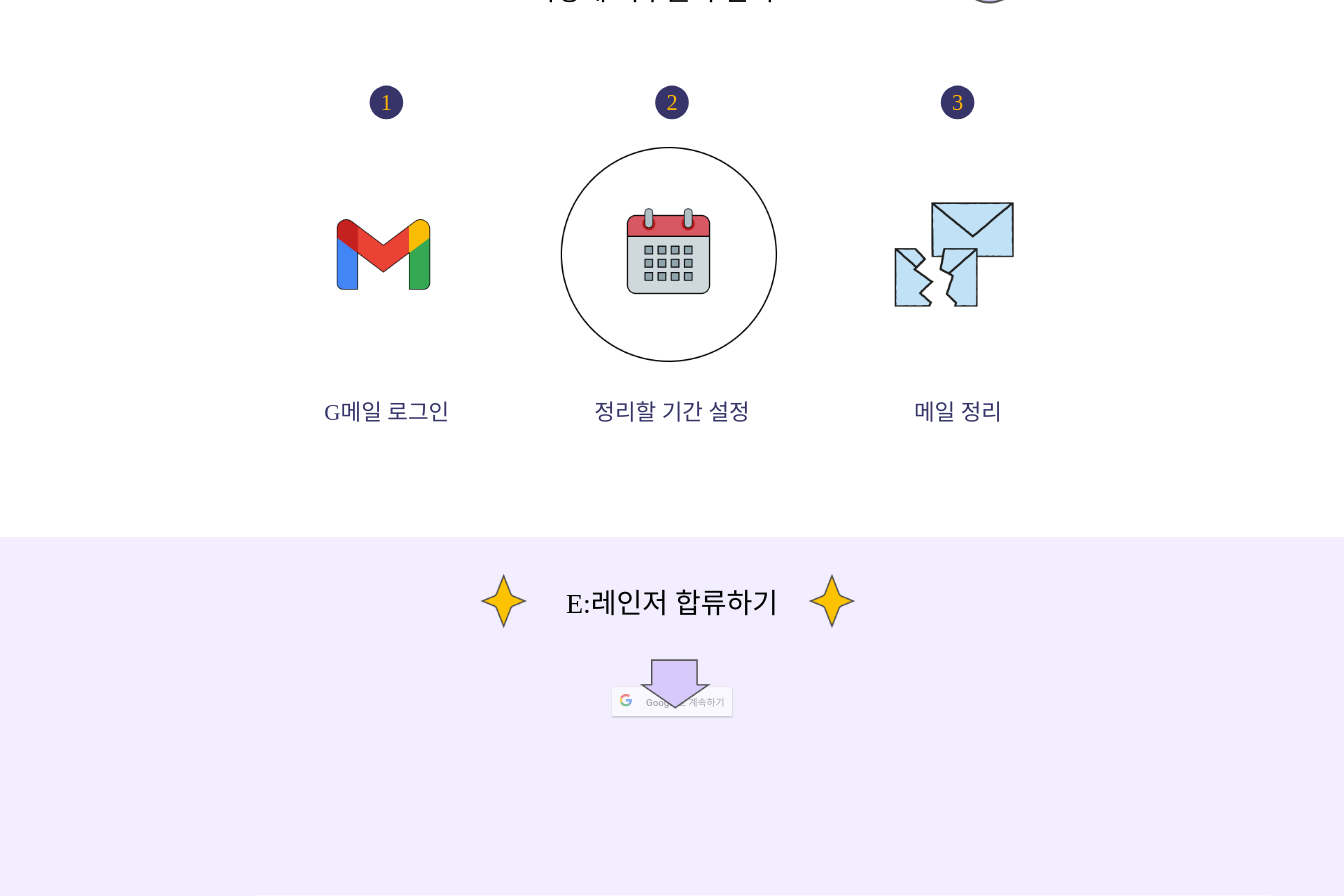
Repository: Sopkathon-30th-2/frontend
Page: /
These files come from the project's save history. The page is drawn as it stood at one moment and after the next save; the edit follows.
The browser window is 1280 px wide. The page is 1920 px wide, so the pictures cover 1920 px, including what lies to the right of the window. The pictures show the part of the page from y = 2955 to 4235 px (the page is 4235 px tall), at 70% of full size.
The project was rebuilt for these pictures with package versions that can differ from the ones it lists, and the page was loaded fresh each time. Also part of the build but not shown: src/components/common/ErrorBoundary.jsx, src/components/common/ErrorComponent.jsx, src/components/common/Loading.jsx, src/utils/wrapPromise.js, src/lib/index.js, src/pages/Sample.jsx, src/pages/ResultPage.jsx, src/components/common/Header.jsx and 1 more.

Above is the page before, as saved 2022-05-22 07:43:09.

After the next save:
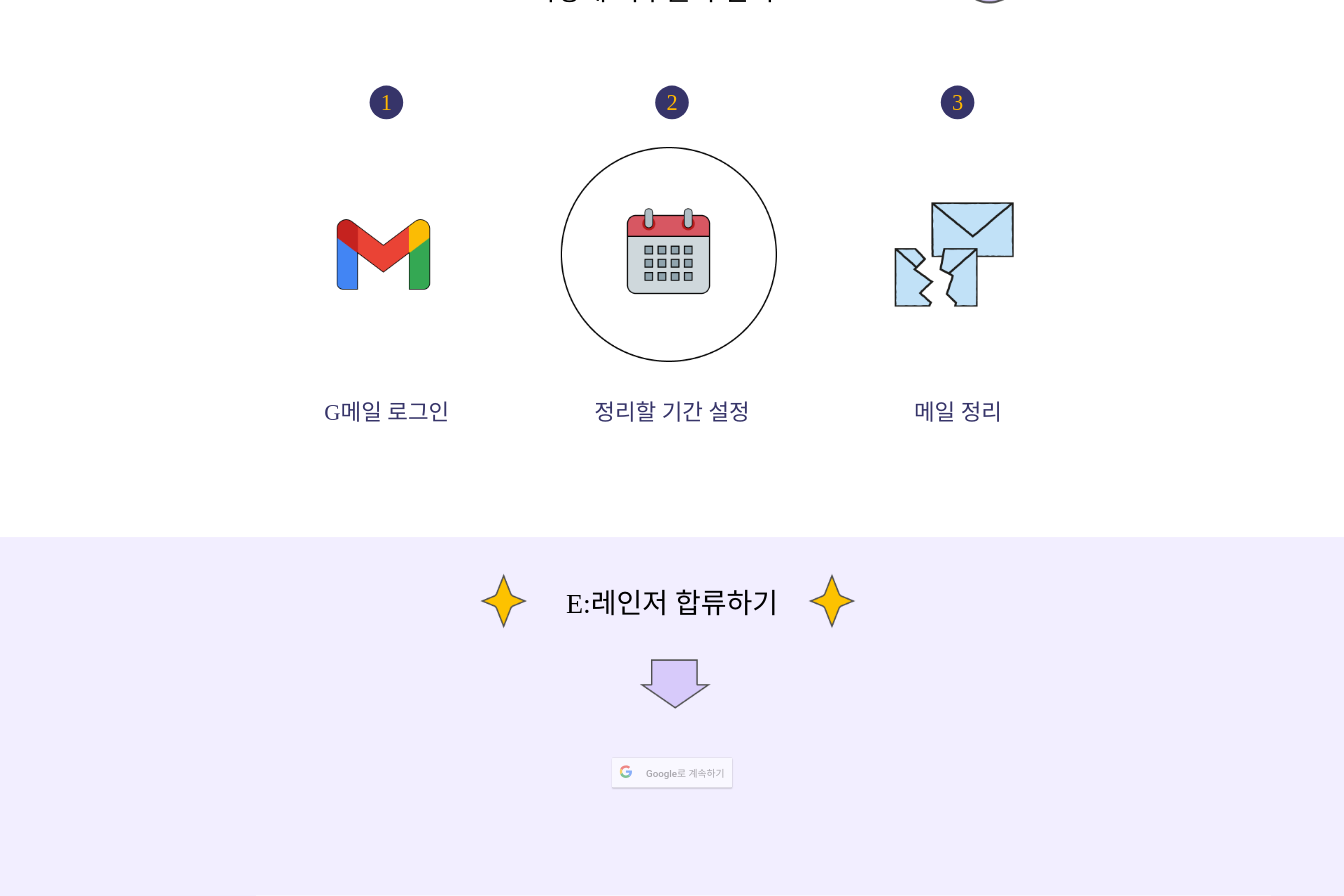
Saved 5 s later.
--- a/src/pages/MainPage.jsx
+++ b/src/pages/MainPage.jsx
@@ -166,7 +166,7 @@
 
 const Googlebtn = styled.div`
   position: absolute;
-  bottom: 50%;
+  bottom: 30%;
   right: 50%;
   transform: translateX(50%);
 `;
